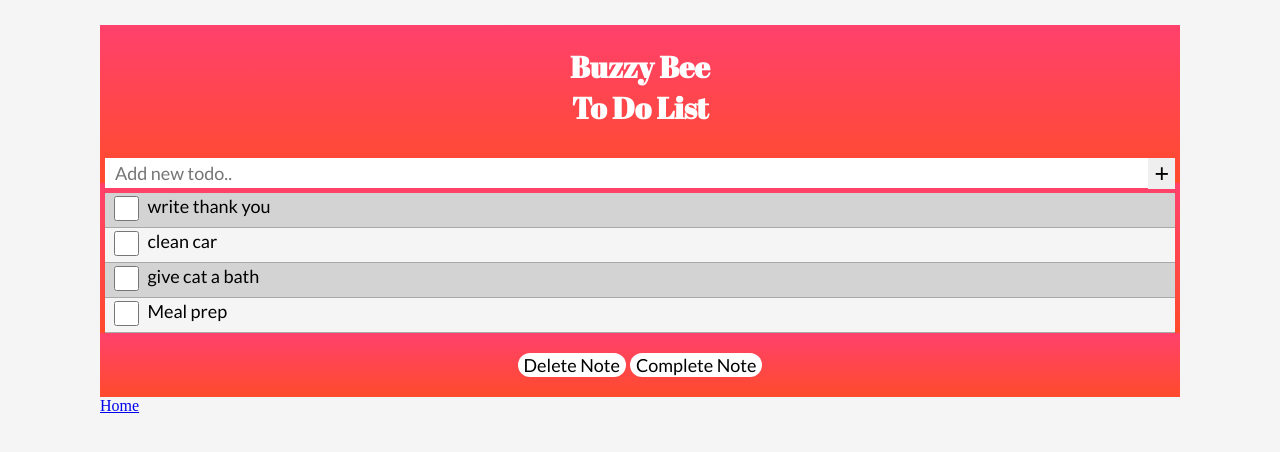
Repository: seleniadelgado/backend-spring2020-angie
Page: projects/todo/public_html/index.html
These files come from the project's save history. The page is drawn as it stood at one moment and after the next save; the edit follows.
The browser window is 1280 px wide. The pictures show the whole page.
The page's requests for data from a server got no answer.

Above is the page before, as saved 2020-05-14 12:29:30.

### projects/todo/public_html/index.html
<!DOCTYPE html>

<html lang="en">
    <head>
        <meta charset="utf-8">
        <title>Buzzy Bee - To Do List</title>
        <meta name="description" content="The HTML5 Herald">
        <meta name="author" content="SitePoint">
        <link rel="stylesheet" href="styles.css">
        <link href="https://fonts.googleapis.com/css2?family=Abril+Fatface&family=Lato&display=swap" rel="stylesheet">
        <script
            src="https://code.jquery.com/jquery-3.5.0.min.js"
            integrity="sha256-xNzN2a4ltkB44Mc/Jz3pT4iU1cmeR0FkXs4pru/JxaQ="
            crossorigin="anonymous">
        </script>
</head>
<body>
    <main>
    <div class="sectionTitle">
        <div class="appTitle">
            <h2>Buzzy Bee <br> To Do List</h2>
        </div>
        <div id="addNote">
            <input type="text" id="newNote" placeholder="Add new todo..">
            <button id="addBtn" type="button">+</button>
        </div>
    </div>
    <div class="todoList">
        <ul id="myList">
            <li><label class="container"><input type="checkbox"><span class="checkmark">write thank you</span></label></li>
            <li><label class="container"><input type="checkbox"><span class="checkmark">clean car</span></label></li>
            <li><label class="container"><input type="checkbox"><span class="checkmark">give cat a bath</span></label></li>
            <li><label class="container"><input type="checkbox"><span class="checkmark">Meal prep</span></label></li>
        </ul>
    </div>
    <div class="buttonsArea">
        <button type="button">Delete Note</button>
        <button type="button">Complete Note</button>
    </div>

</main>




















    <a href="http://localhost:3000/">Home</a>



    <script>
        $(document).ready(() => {
            let objectToSend = {
                note: "Do somethings",
                author: "Nick"
            }

            $.post("http://localhost:3000/newNote", objectToSend, (dataToGet) => {
                console.log(dataToGet);
            });
            $.post("http://localhost:3000/readNotes", {}, (dataToGet) => {
                let allNotesArray = dataToGet.notes;

                console.log(allNotesArray);
            });

            $('#addBtn').click(() => {
                console.log("click done");
                let value = $('input').val();
                console.log(value);
                let newNote = {
                    note: value,
                    author: "Angie"
                }
                $.post("http://localhost:3000/newNote", newNote, (data) => {
                    console.log('finished note: ');
                })
            })
        })

        //import the data from default user
        // make JSON into JS with parse.
        //with the list we want to populate our ul.
        //use jquery to access the dom, grab the string
        //loop over notes
        //add the note as an li to the ul
        //  Create li with jquery.
        //  target the ul with jquery and append the li.
        //note: $('<li></li>'')
        //      $('ul') -> a jquery list which holds the ul.
        //      get 1st element from the array

    </script>
</body>
</html>

### projects/todo/public_html/styles.css
:root {
    --main-color: linear-gradient(#FF416C, #FF4B2B);
    --background-color: whitesmoke;
    --title-font: 'Abril Fatface', cursive, sans-serif;
    --list-font: 'Lato', sans-serif;
    --font-size-title: 20px;
    --font-size-list-item: 18px;
}

html {
    background: var(--background-color);
    height: 100%;
}
* {
    box-sizing: border-box;
}
body {
    margin: 0px 100px 75px 100px;
    background-color: var(--main-color);
}

.sectionTitle {
    background: var(--main-color);
    text-align: center;
    border: none;
    margin-top: 0%;
    font-family: var(--title-font);
    font-size: var(--font-size-title);
}

.appTitle h2 {
    color: white;
    padding-top: 2%;
}
#addNote {
    display: flex;
    align-items: start;
    padding: 5px;
    height: 30px;
    width: 100%;
    font-family: 'Gill Sans', 'Gill Sans MT', Calibri, 'Trebuchet MS', sans-serif;

}
#addBtn {
    margin-left: 0%;
    font-size: 25px;
    color: none;
    border: none;
}
#addBtn:hover {
    cursor: pointer;
    background-color: pink;
}
#newNote {
    border: none;
    width: 100%;
    height: 150%;
    font-family: var(--list-font);
    font-size: var(--font-size-list-item);
    padding: auto;
    padding-left: 10px;
}
.todoList {
    display: flex;
    align-content: center;
    justify-content: center;
    background: linear-gradient(#FF416C, #FF4B2B);
    padding-top: 10px;
}
#myList li:nth-child(odd) {
    background: lightgray;
  }

#myList {
    list-style: none;
    padding: 0px;
    margin-top: 0px;
    margin-bottom: 0px;
    background-color: var(--main-color);
    width: 99%;
}

#myList li {
    cursor: pointer;
    height: 35px;
    border-bottom: 1px solid darkgray;
    background-color: whitesmoke;
    padding-left: 5px;
    font-family: var(--list-font);
    font-size: var(--font-size-list-item);
    margin: auto;

}
.container input {
    cursor: pointer;
    user-select: none;
    opacity: 50;
    height: 25px;
    width: 25px;
    position: relative;
}
.container:hover input ~ .checkmark {
    background-color: pink;
  }
/* When the checkbox is checked, add a strike */
.container input:checked ~ .checkmark {
    background-color: rosybrown;
}

.checkmark {
    padding-left: 5px;
    position: absolute;
    padding-top: 2px;

}

.buttonsArea {
    background: var(--main-color);
    text-align: center;
    padding: 20px;
}
.buttonsArea button {
    background-color: white;
    border: none;
    font-family: var(--list-font);
    font-size: var(--font-size-list-item);
    border-radius: 130px;
}
.buttonsArea button:hover {
    background-color: pink;
    border-radius: 130px;
    cursor: pointer;
}

After the next save:
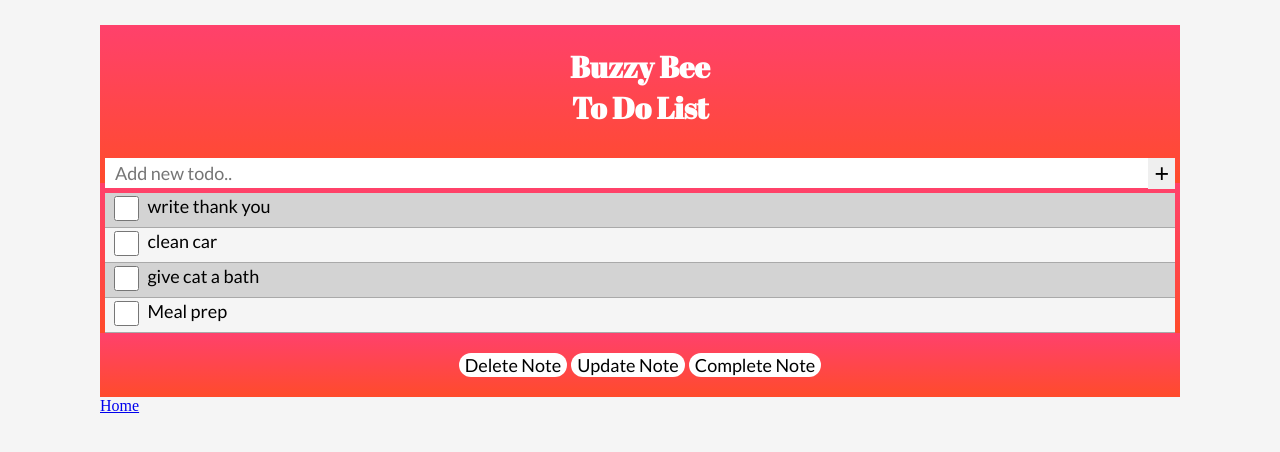
Saved 3 min 35 s later.
--- a/projects/todo/public_html/index.html
+++ b/projects/todo/public_html/index.html
@@ -35,7 +35,9 @@
     </div>
     <div class="buttonsArea">
         <button type="button">Delete Note</button>
+        <button type="button">Update Note</button>
         <button type="button">Complete Note</button>
+
     </div>
 
 </main>
